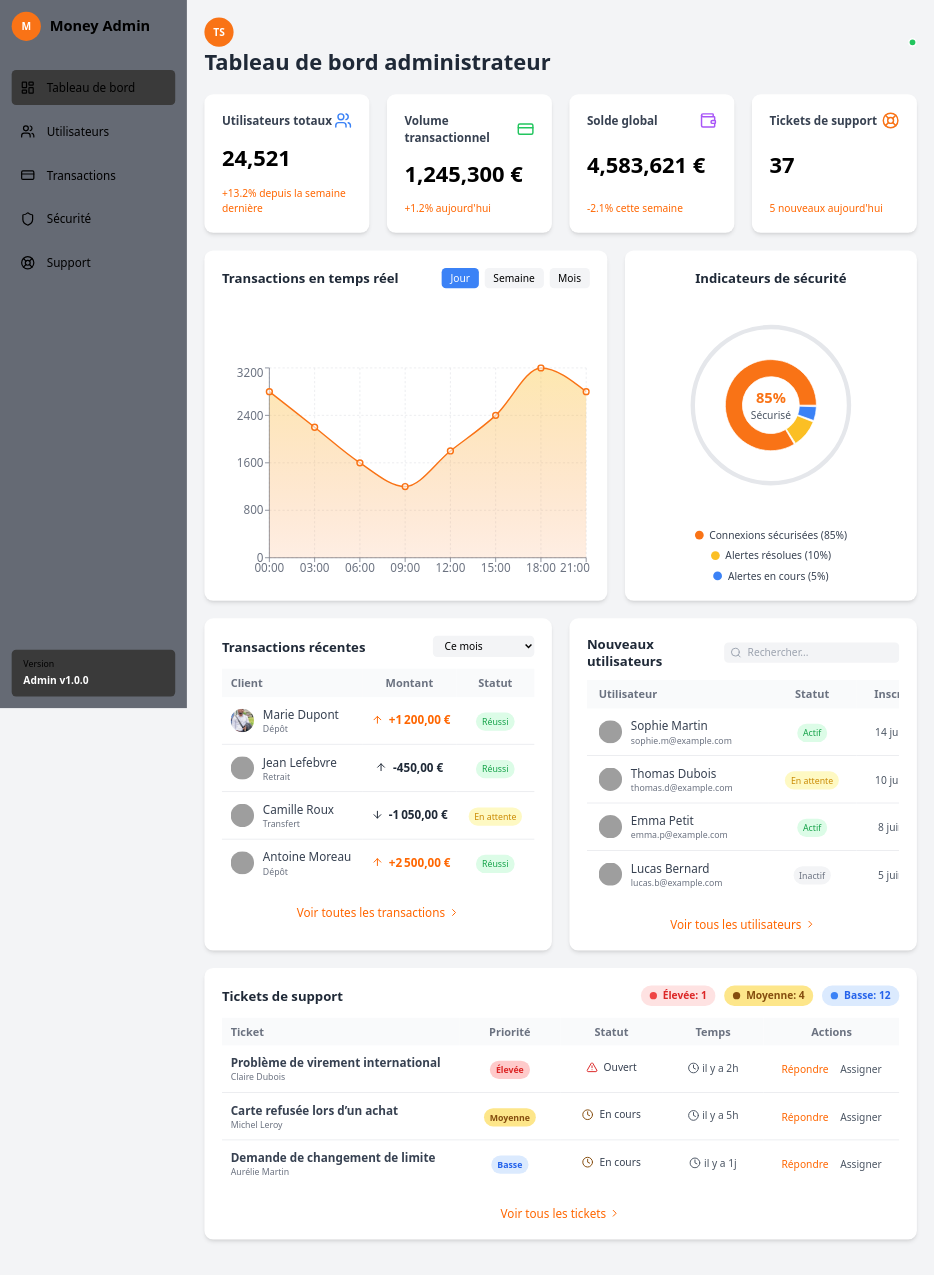
Repository: Edongo999/Dashboard
Page: /
These files come from the project's save history. The page is drawn as it stood at one moment and after the next save; the edit follows.
The browser window is 1280 px wide. The pictures show the whole page, at 73% of full size.
Pictures or frames that could not be fetched are drawn as grey boxes. The project was rebuilt for these pictures with package versions that can differ from the ones it lists, and the page was loaded fresh each time. Also part of the build but not shown: vite.config.ts.

Above is the page before, as saved 2025-10-15 08:12:41.

After the next save:
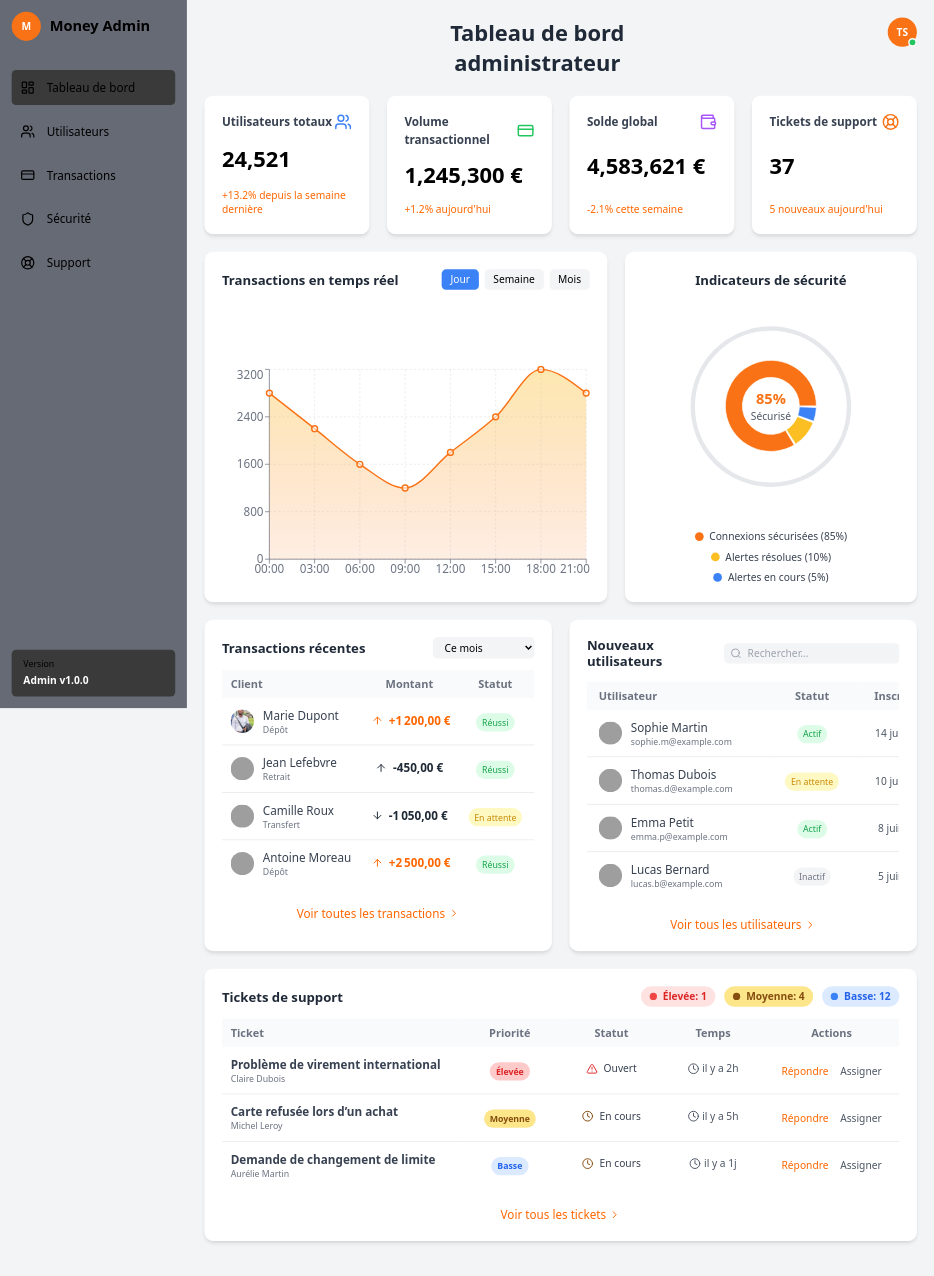
Saved 2 min 54 s later.
--- a/src/App.tsx
+++ b/src/App.tsx
@@ -49,17 +49,17 @@ const App = () => {
       {/* ✅ Contenu principal */}
       <main className="flex-1 overflow-auto p-6">
 
-        {/* ✅ Titre sur deux lignes en mobile + avatar fixe à droite */}
+        {/* ✅ Titre centré + avatar fixe en haut à droite */}
         <div className="relative mb-6">
           {/* ✅ Avatar toujours en haut à droite */}
-          <div className="absolute top-0 right-0 lg:static">
+          <div className="absolute top-0 right-0">
             <UserAvatar />
           </div>
 
-          {/* ✅ Titre centré en mobile, aligné en desktop */}
-          <h1 className="text-3xl font-bold text-gray-800 leading-snug text-center lg:text-left pr-16 lg:pr-0">
-            <span className="block lg:inline">Tableau de bord</span>
-            <span className="block lg:inline"> administrateur</span>
+          {/* ✅ Titre toujours centré, jamais chevauché */}
+          <h1 className="text-3xl font-bold text-gray-800 leading-snug text-center pr-16">
+            <span className="block">Tableau de bord</span>
+            <span className="block">administrateur</span>
           </h1>
         </div>
 
